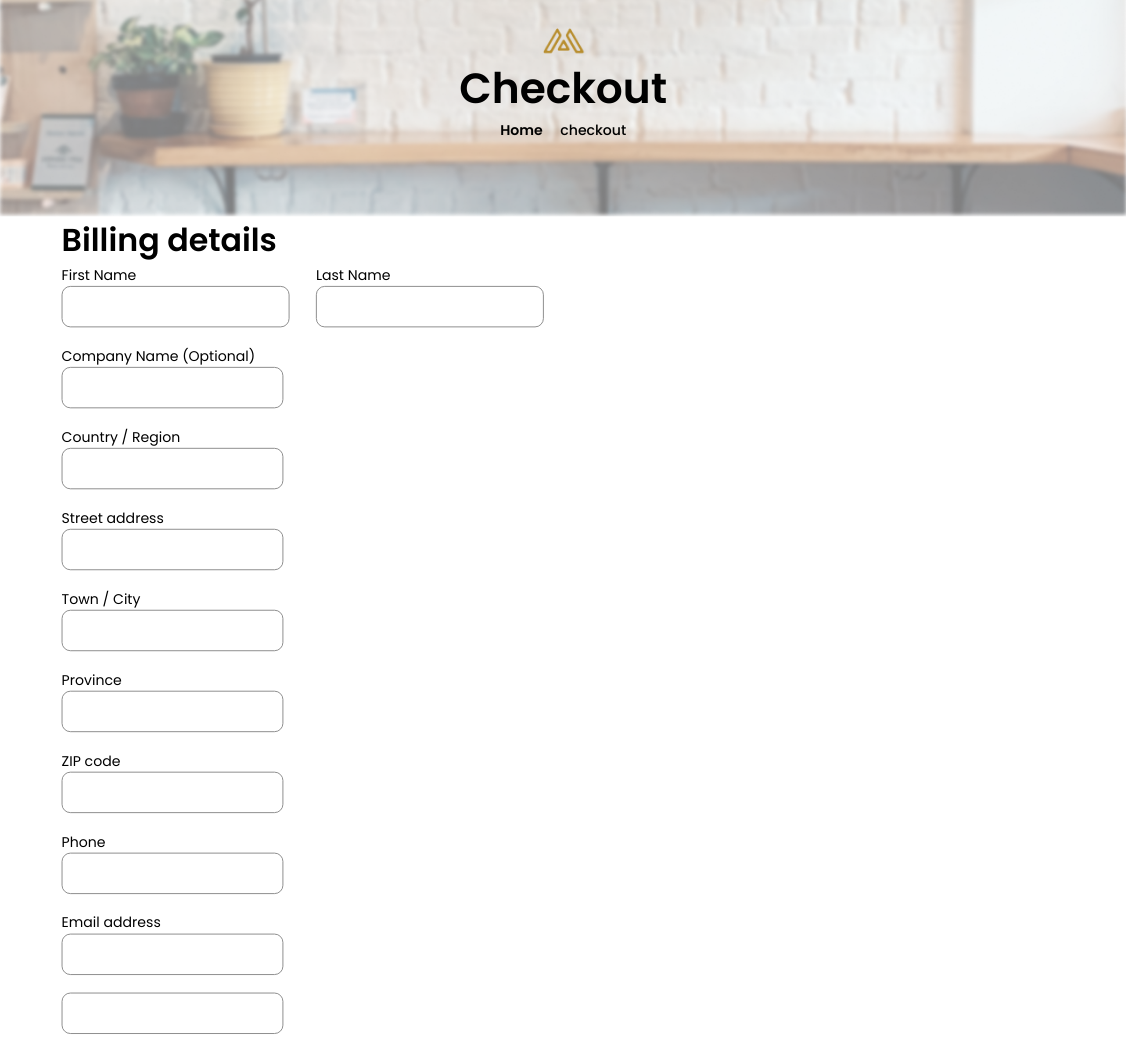
Repository: DT2301/project
Page: checkout.html
An editor plug-in stored every save of this project. The page is shown before and after the next save, followed by the edit.
The browser window is 1280 px wide. The pictures show the part of the page from y = 142 to 1346 px (the page is 1337 px tall before and 1346 px after), at 88% of full size.
A picture or video elsewhere on the page could not be fetched, so the positions and the page height are approximate.

Above is the page before, as saved 2024-01-08 09:43:16.

After the next save:
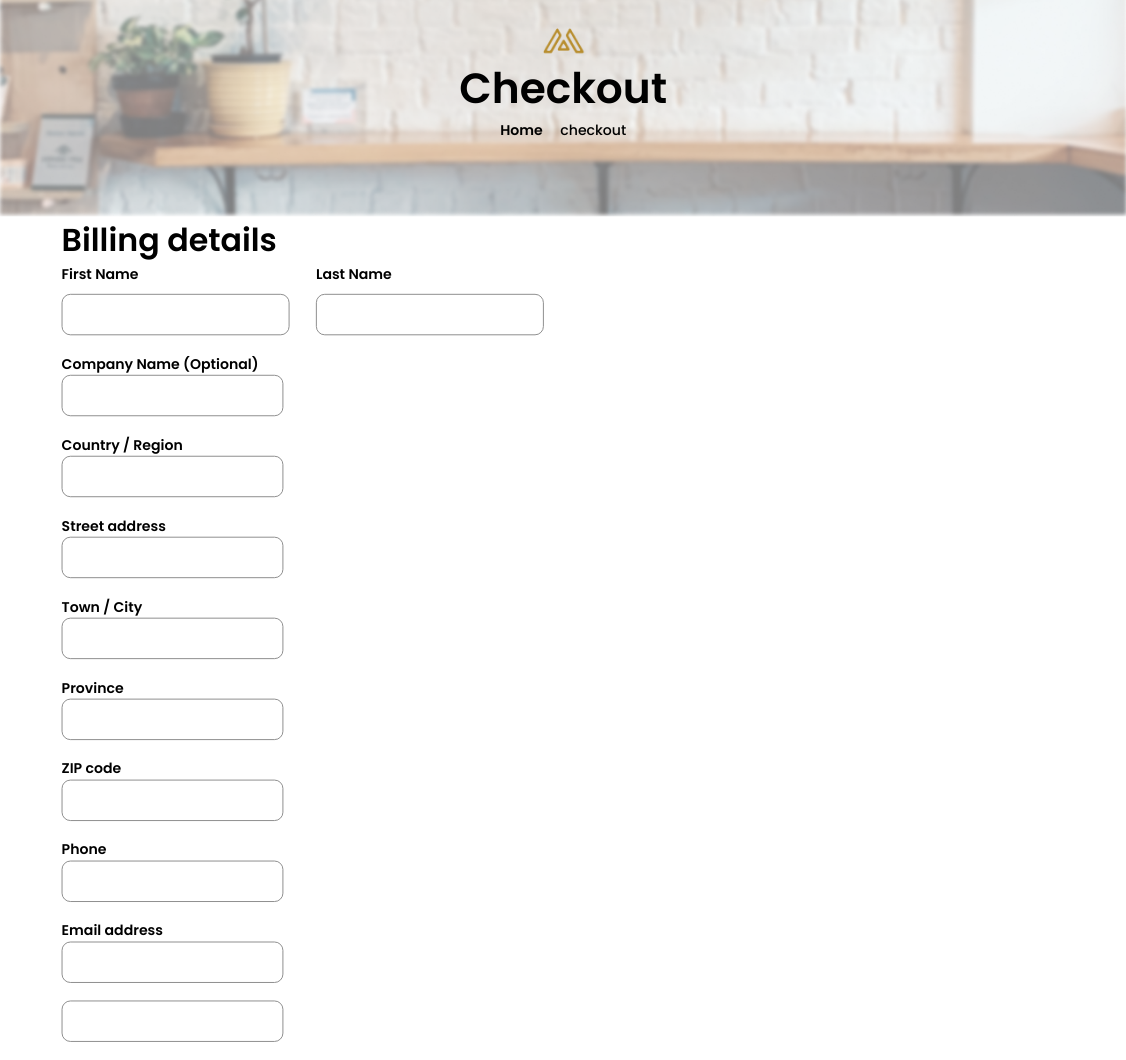
Saved 12 s later.
--- a/checkout.css
+++ b/checkout.css
@@ -108,7 +108,7 @@ ul {
   text-align: left;
 }
 
-.billingdetail span {
+.billingdetail label {
   font-size: 16px;
   font-weight: 600;
   line-height: 24px;
